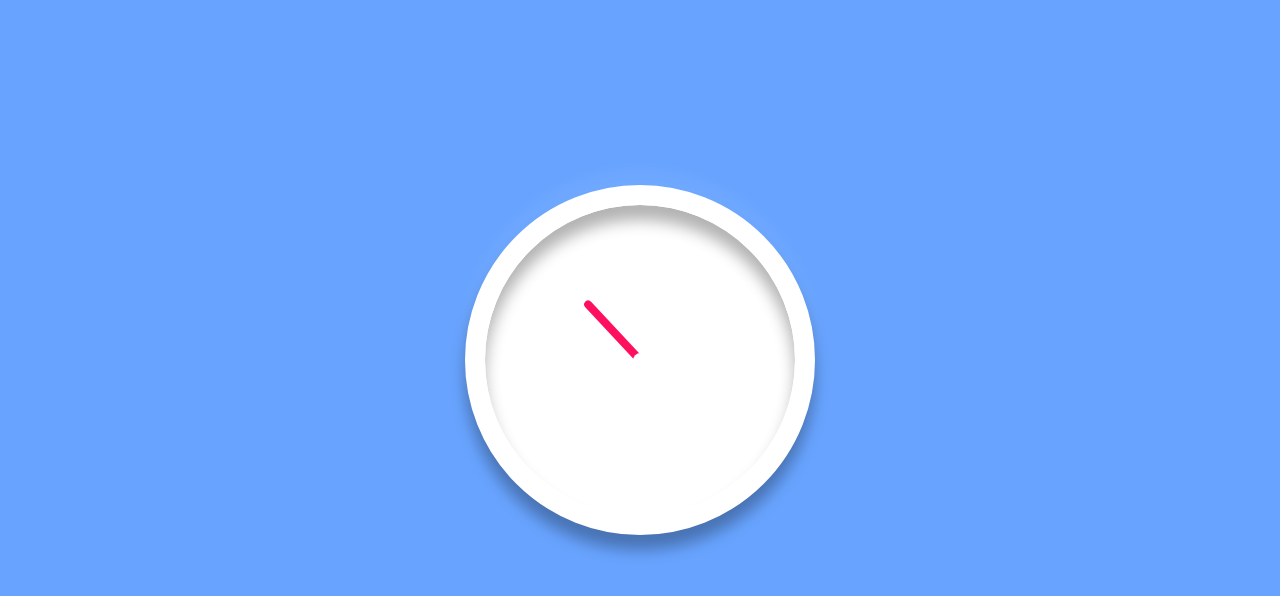
Repository: DaNiels89/analog-clock
Page: index.html
The author's editor kept a copy of each file at every save. The page is drawn from the files as they stood at one save, then again after the next save.
The browser window is 1280 px wide. The pictures show the whole page.

Above is the page before, as saved 2020-06-20 11:41:17.

After the next save:
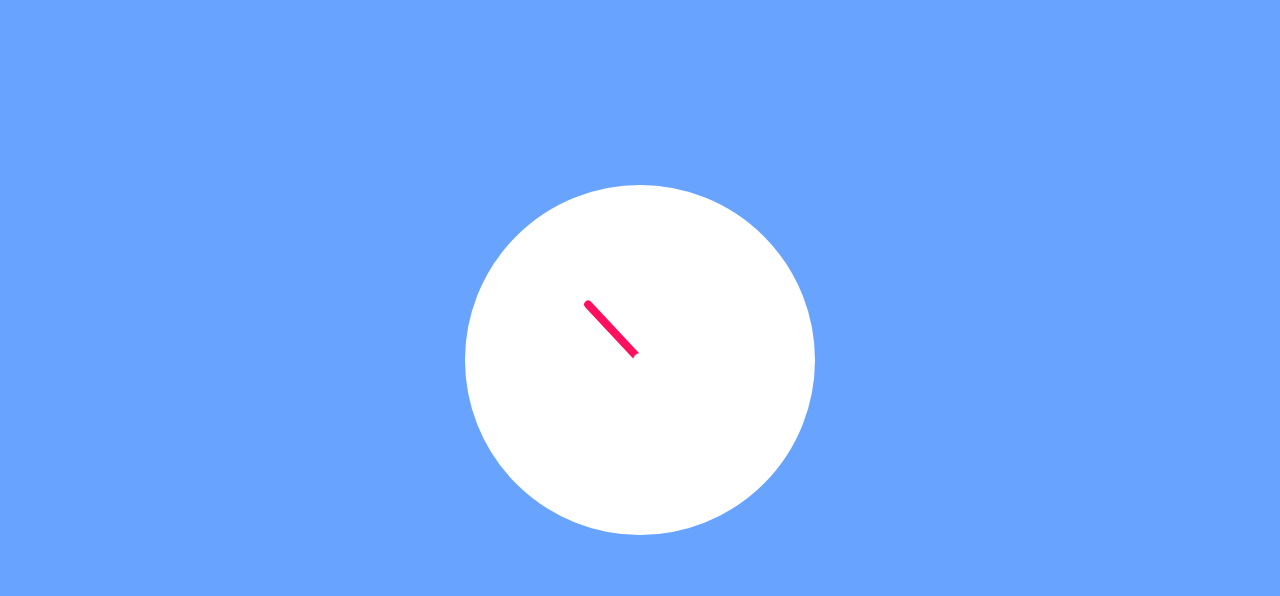
Saved 89 s later.
--- a/css/lightstyles.css
+++ b/css/lightstyles.css
@@ -21,11 +21,9 @@
     background: #fff;
     border-radius: 50%;
     border: 20px solid #fff;
-    border-radius: 50%;
-    box-shadow: 0 -15px 15px rgba(255,255,255,0.05),
-          inset 0 -15px 15px rgba(255,255,255,0.05),
-                0 15px 15px rgba(0,0,0,0.3),
-          inset 0 15px 15px rgba(0,0,0,0.3);
+    box-shadow: inset 0 0 30px rgba(0,0,0,.1),
+                0 20px 20px rgba(0,0,0,.2)
+                0 0 0 4px rgba(255,255,255,1)
   }
 
   .clock::before {
